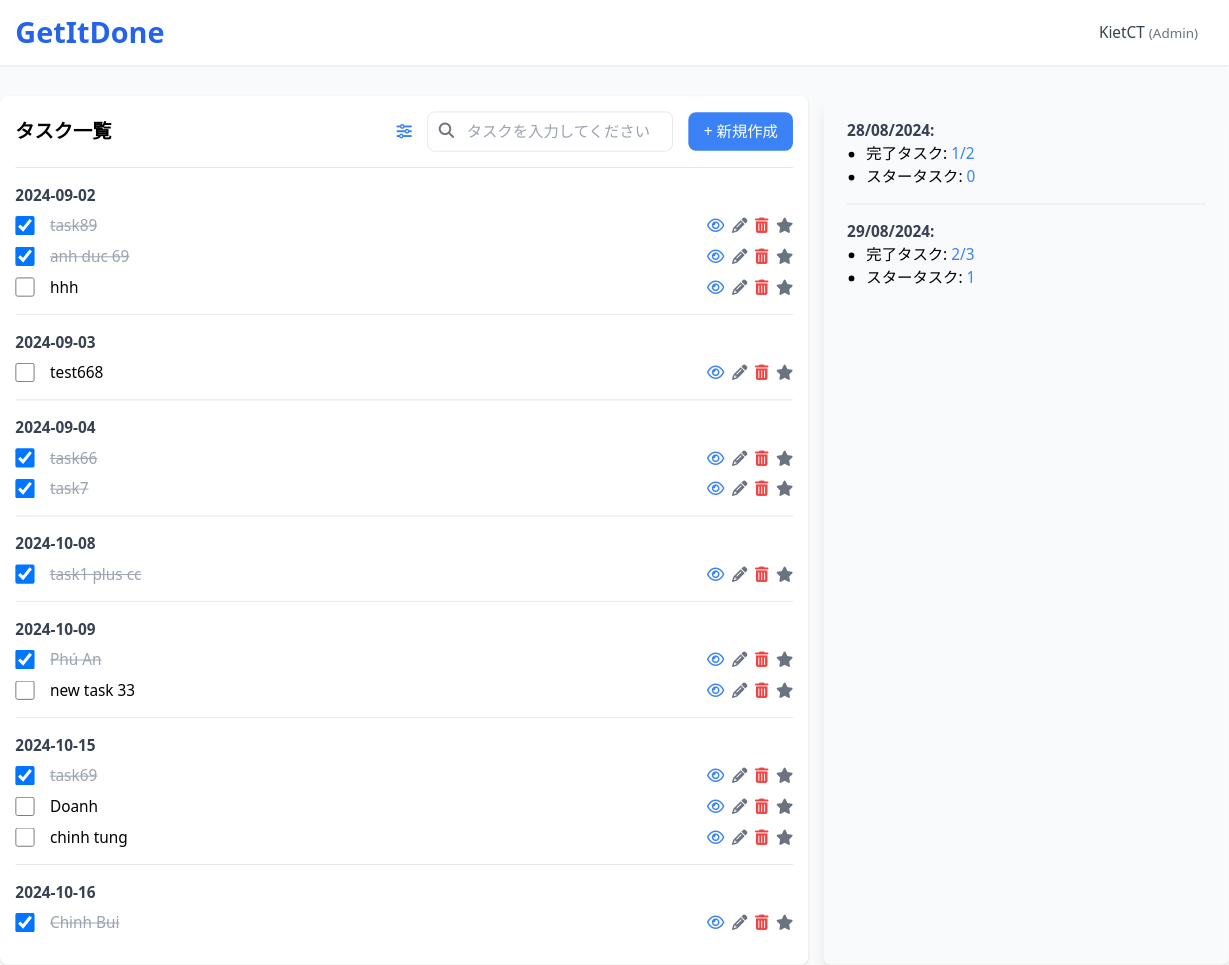
Repository: TuanAnhNguyen723/todolist
Page: http://localhost/mainscreen/mainscreen.php
The author's editor kept a copy of each file at every save. The page is drawn from the files as they stood at one save, then again after the next save.
The browser window is 1280 px wide. The pictures show the whole page, at 96% of full size.
Some web libraries are served in a nearby version. The page is run by PHP 8.4 with error messages shown; the project is at /var/www/html/. The database holds what the project's SQL file puts in it.

Above is the page before, as saved 2024-09-30 16:37:40.

After the next save:
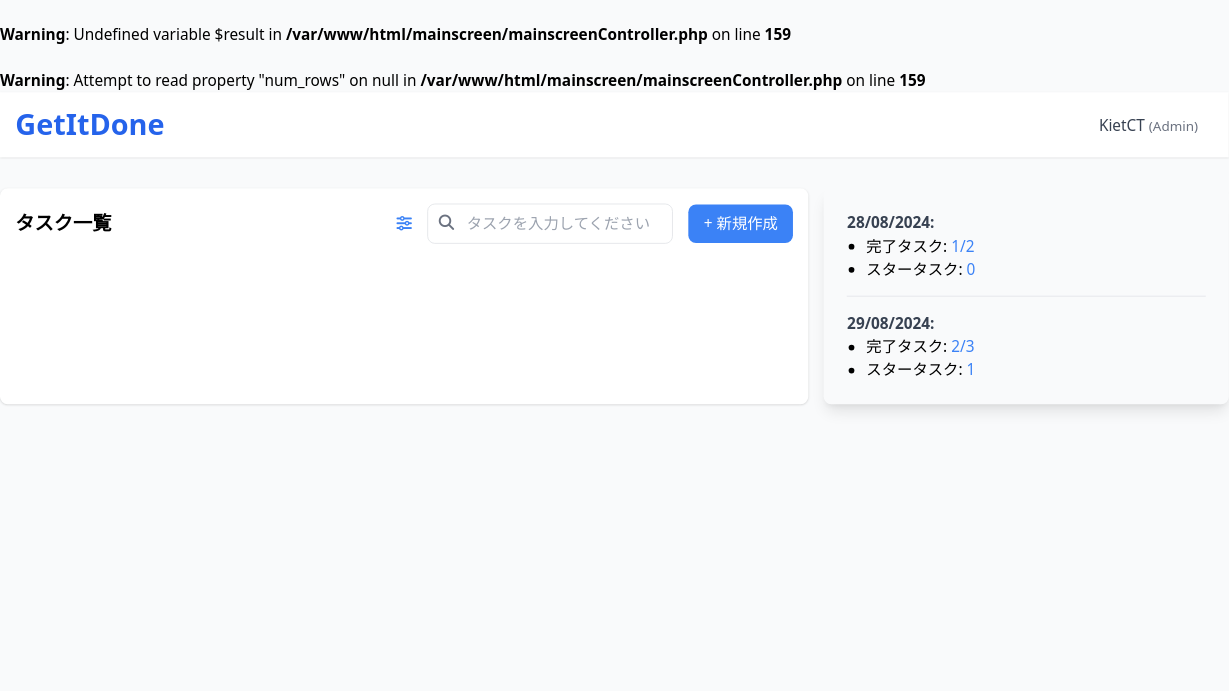
Saved 24 s later.
--- a/mainscreen/mainscreenController.php
+++ b/mainscreen/mainscreenController.php
@@ -156,8 +156,8 @@ $result2 = $conn->query($sql);
 
 $tasks_by_date = [];
 
-if ($result2->num_rows > 0) {
-    while ($row = $result2->fetch_assoc()) {
+if ($result->num_rows > 0) {
+    while ($row = $result->fetch_assoc()) {
         $date = date('Y-m-d', strtotime($row['time_start']));
         $tasks_by_date[$date][] = $row;
     }

After the 5 saves that followed:
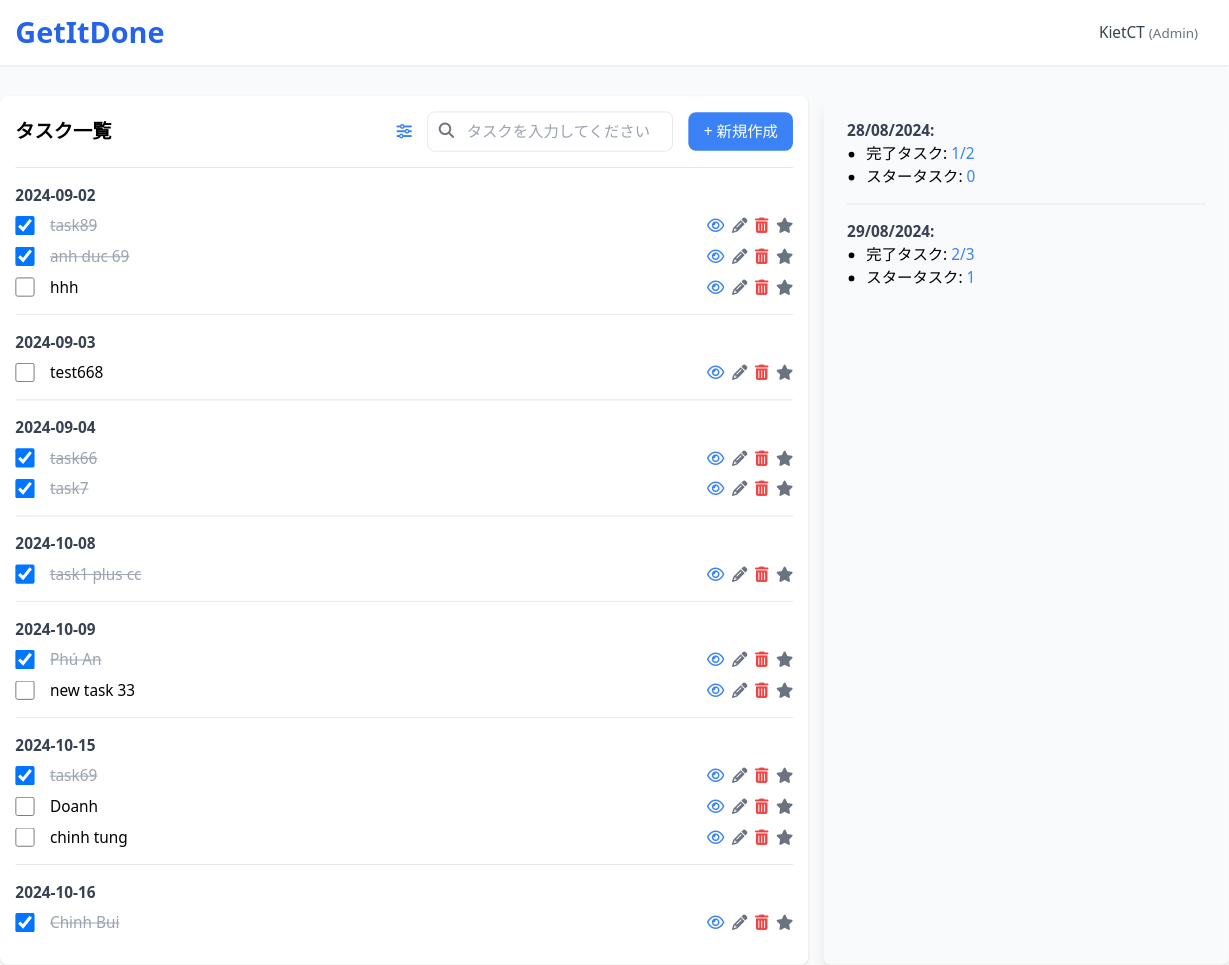
The 5 saves are shown as one change because 4 left the picture as it was.
The last was saved 2 min 16 s later.
--- a/mainscreen/mainscreenController.php
+++ b/mainscreen/mainscreenController.php
@@ -152,7 +152,7 @@ if (isset($_GET['task_id'])) {
 
 // Truy vấn tất cả các nhiệm vụ từ bảng task và sắp xếp theo time_start
 $sql = "SELECT * FROM task ORDER BY time_start ASC";
-$result2 = $conn->query($sql);
+$result = $conn->query($sql);
 
 $tasks_by_date = [];
 
